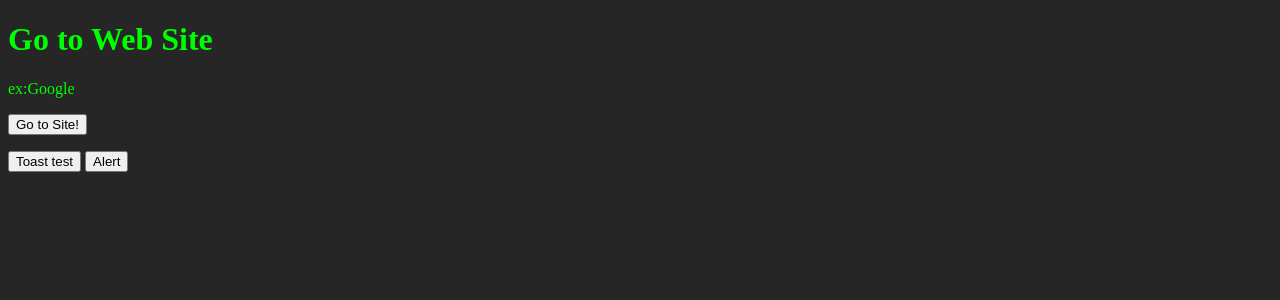
Repository: kenshiryu7/mdv-projects
Page: MDF3/project_4/Project4/assets/index.html
The author's editor kept a copy of each file at every save. The page is drawn from the files as they stood at one save, then again after the next save.
The browser window is 1280 px wide. The pictures show the whole page.

Above is the page before, as saved 2013-02-28 18:26:22.

After the next save:
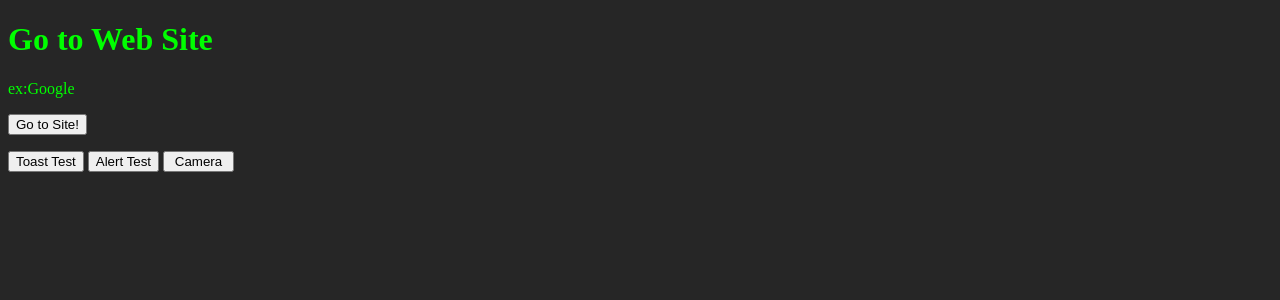
Saved 25 min 11 s later.
--- a/MDF3/project_4/Project4/assets/index.html
+++ b/MDF3/project_4/Project4/assets/index.html
@@ -16,9 +16,11 @@
 	<input type="button" value="Go to Site!" onclick="openWeb()"/>
 
 	<p>
-	<input type="button" value="Toast test" onclick="showAndroidToast('I just wanted to tell the world that....I Like it Toasty!!!')"/>
+	<input type="button" value="Toast Test" onclick="showAndroidToast('I just wanted to tell the world that....I Like it Toasty!!!')"/>
 
-	<input type="button" value="Alert" onclick="doAlert()"/>
+	<input type="button" value="Alert Test" onclick="doAlert()"/>
+
+	<input type="button" value=" Camera " onclick="openCamera()"/>
 	</p>
 	</body>
 
@@ -31,7 +33,6 @@
 				Android.openWebSite();
 			};
 
-
 			function showAndroidToast(toast) {
 			//document.getElementById("mytext").innerHTML = "toast";
 				Android.showToast(toast);
@@ -42,9 +43,16 @@
 				Android.startAlert();
 			};
 
+			function openCamera(){
+				Android.openTheCamera();
+			};
+
+
 			function callFromActivity(message) {
 				document.getElementById("mytext").innerHTML = message;
 			};
+
+
 
 		</script>
 		<style type ="text/css">
